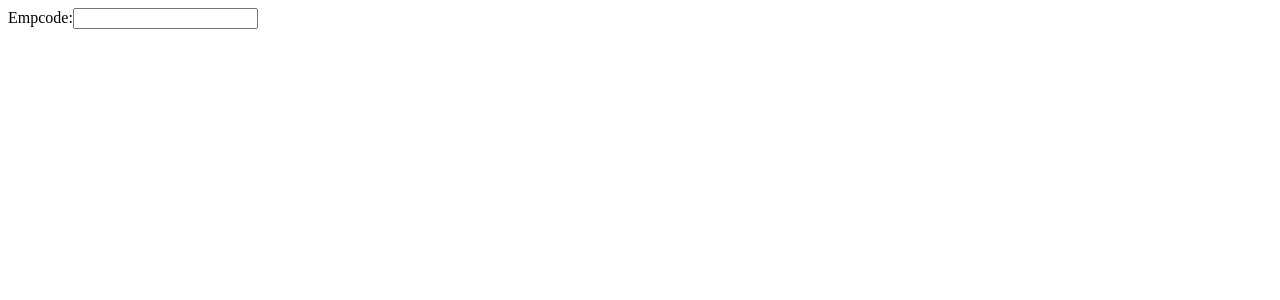
Repository: SravyaChunduri/workspace
Page: http://localhost/AJAXDemo/AddCust.jsp
An editor plug-in stored every save of this project. The page is shown before and after the next save, followed by the edit.
The browser window is 1280 px wide. The pictures show the whole page.
The page is served by Tomcat 9.

Above is the page before, as saved 2015-08-17 10:45:37.
Console error: SyntaxError: Unexpected identifier 'code'

After the next save:
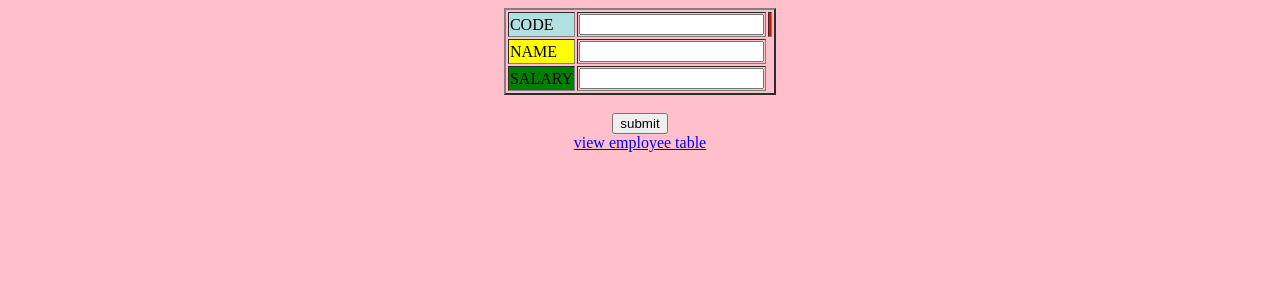
The error is gone.
Saved 17 s later.
--- a/AJAXDemo/WebContent/AddCust.jsp
+++ b/AJAXDemo/WebContent/AddCust.jsp
@@ -9,44 +9,52 @@
 
 
 <script type="text/javascript">
-function addEmp()
+function checkCode(code){
+var xmlhttp;
+if(code.length==0){
+	document.getElementById("cd").innerHTML="";
+	return;
+}
+if(window.XMLHttpRequest)//non i.explorer
 {
-var xmlhttp;
-int code=document.getElementById("code").value;
-alert("Code!!"+code);
+	xmlhttp=new XMLHttpRequest();
+}
+else{
+	xmlhttp=new ActiveXObject("Microsoft.XMLHTTP");//for i.e
+}
 
-if(window.XMLHttpRequest)//Non -IE
-{
-xmlhttp=new XMLHttpRequest();
+xmlhttp.onreadystatechange=function(){
+	if(xmlhttp.readyState==4 && xmlhttp.status==200){
+		document.getElementById("cd").innerHTML=xmlhttp.responseText;
+	}
 }
-else
-{
-xmlhttp=new ActiveXObject("Microsoft.XMLHTTP");//For IE
-}
-xmlhttp.onreadystatechange=function()
-{
-if(xmlhttp.readyState==4 && xmlhttp.status==200)
-{
-document.getElementById("txtHint").innerHTML=xmlhttp.responseText;
-}
-}
-xmlhttp.open("GET","addCustomer.jsp?nm="+code,true);
+xmlhttp.open("GET","GetCode.jsp?c="+code,true);
 xmlhttp.send();
 }
+</script>
+</head>
+<!-- this is a jsp file to display a page to add employee details -->
 
-
-</script>
-
-
-
-</head>
-<body>
-
-<form action="">
-Empcode:<input type="text" name="code" onblur="addEmp(this.value)">
-
-<div id="txtHint"></div>
-
+<body bgcolor="pink">
+<form  action="AddEmployee">
+<table align="center" cellpadding="1" border="2">
+<tr>
+<td bgcolor="biege">CODE</td>
+<td><input type="text" name="empcode" onblur="checkCode(this.value)"></td>
+<!-- td><input type="submit" value="verify" ></td-->
+<td bgcolor="red"><span id="cd"></span></td>
+</tr>
+<tr>
+<td bgcolor="yellow">NAME</td>
+<td><input type="text" name="empname"></td>
+</tr>
+<tr>
+<td bgcolor="green">SALARY</td>
+<td><input type="text" name="salary"></td>
+</tr>
+</table>
+<center><br><input type="submit" value="submit"><br></center>
+<center><a href="ViewEmployees">view employee table</a></center>
 </form>
 
 
